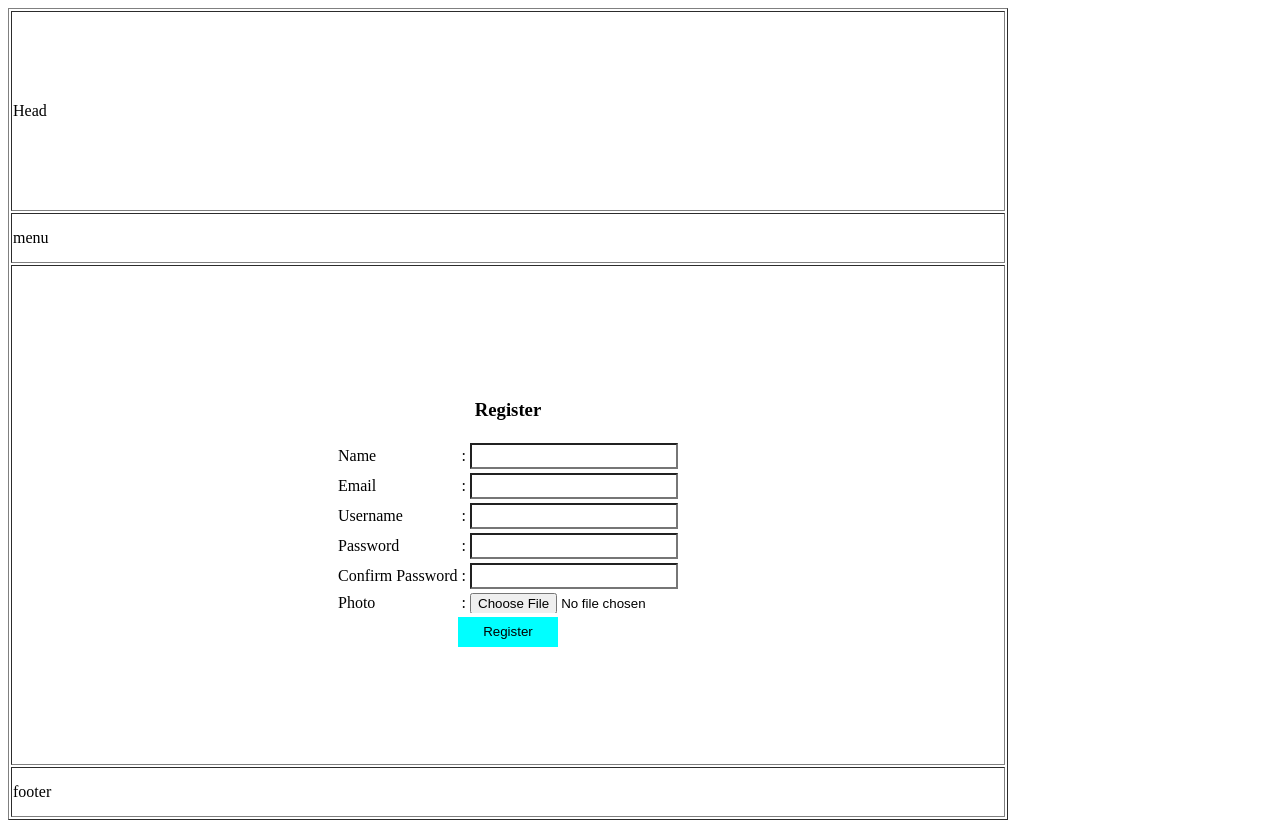
Repository: PraveenRavipati/MyWork
Page: Java/workspaces/office Java WorkScapces/works/javaTraining/WebContent/Register.html
These files come from the project's save history. The page is drawn as it stood at one moment and after the next save; the edit follows.
The browser window is 1280 px wide. The pictures show the whole page.

Above is the page before, as saved 2014-06-02 09:48:30.

After the next save:
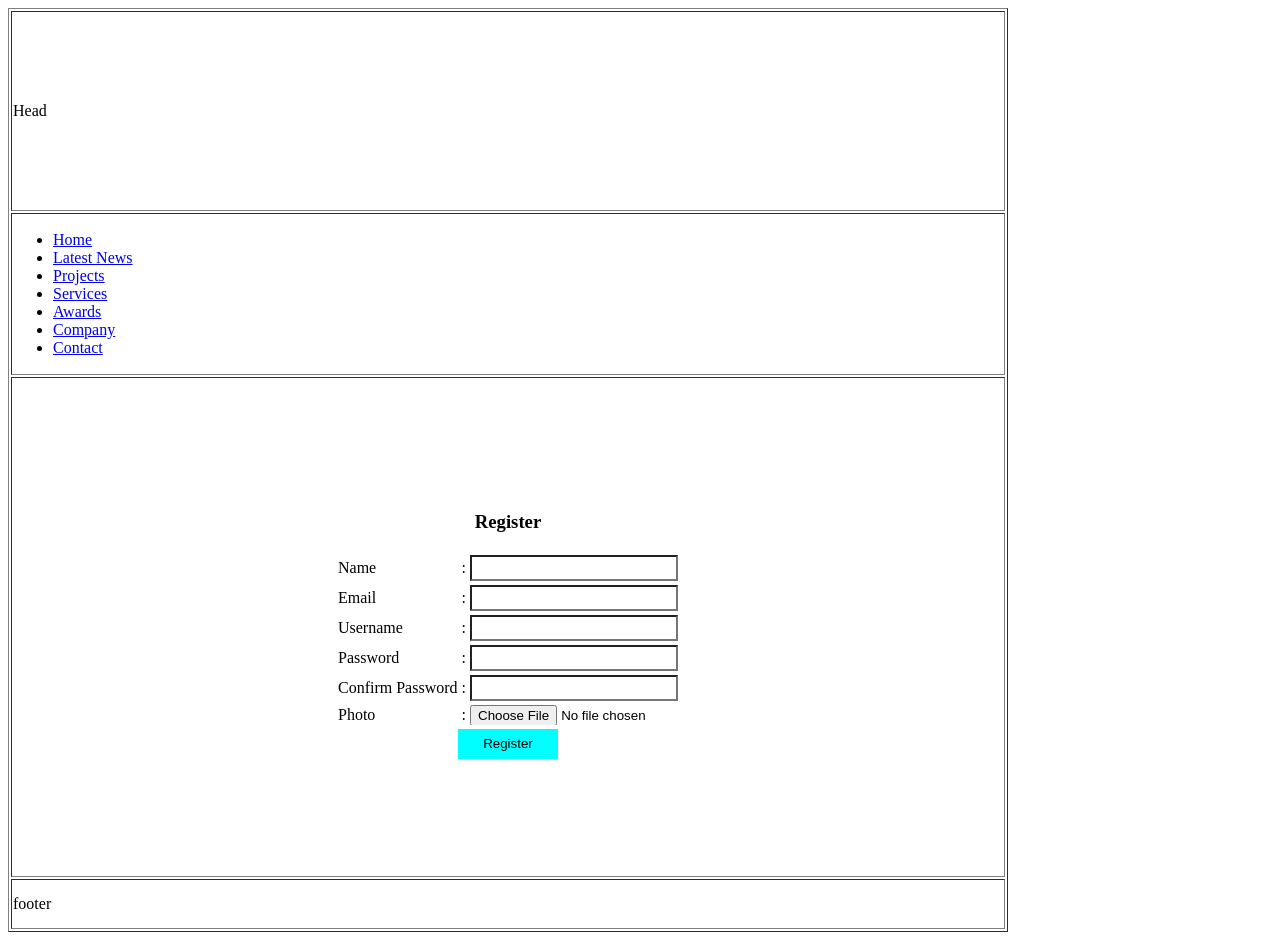
Saved 2 min 24 s later.
--- a/Java/workspaces/office Java WorkScapces/works/javaTraining/WebContent/Register.html
+++ b/Java/workspaces/office Java WorkScapces/works/javaTraining/WebContent/Register.html
@@ -14,7 +14,17 @@
 			<td>Head</td>
 		</tr>
 		<tr height="50">
-			<td>menu</td>
+			<td><div id="templatemo_menu">
+            	<ul>
+                    <li><a href="#" class="current">Home</a></li>
+                    <li><a href="#">Latest News</a></li>
+                    <li><a href="#">Projects</a></li>
+                    <li><a href="#">Services</a></li>
+                    <li><a href="#">Awards</a></li>
+                    <li><a href="#">Company</a></li>
+                    <li><a href="#" class="last">Contact</a></li>
+                </ul>
+            </div></td>
 		</tr>
 		<tr height="500">
 			<td>
